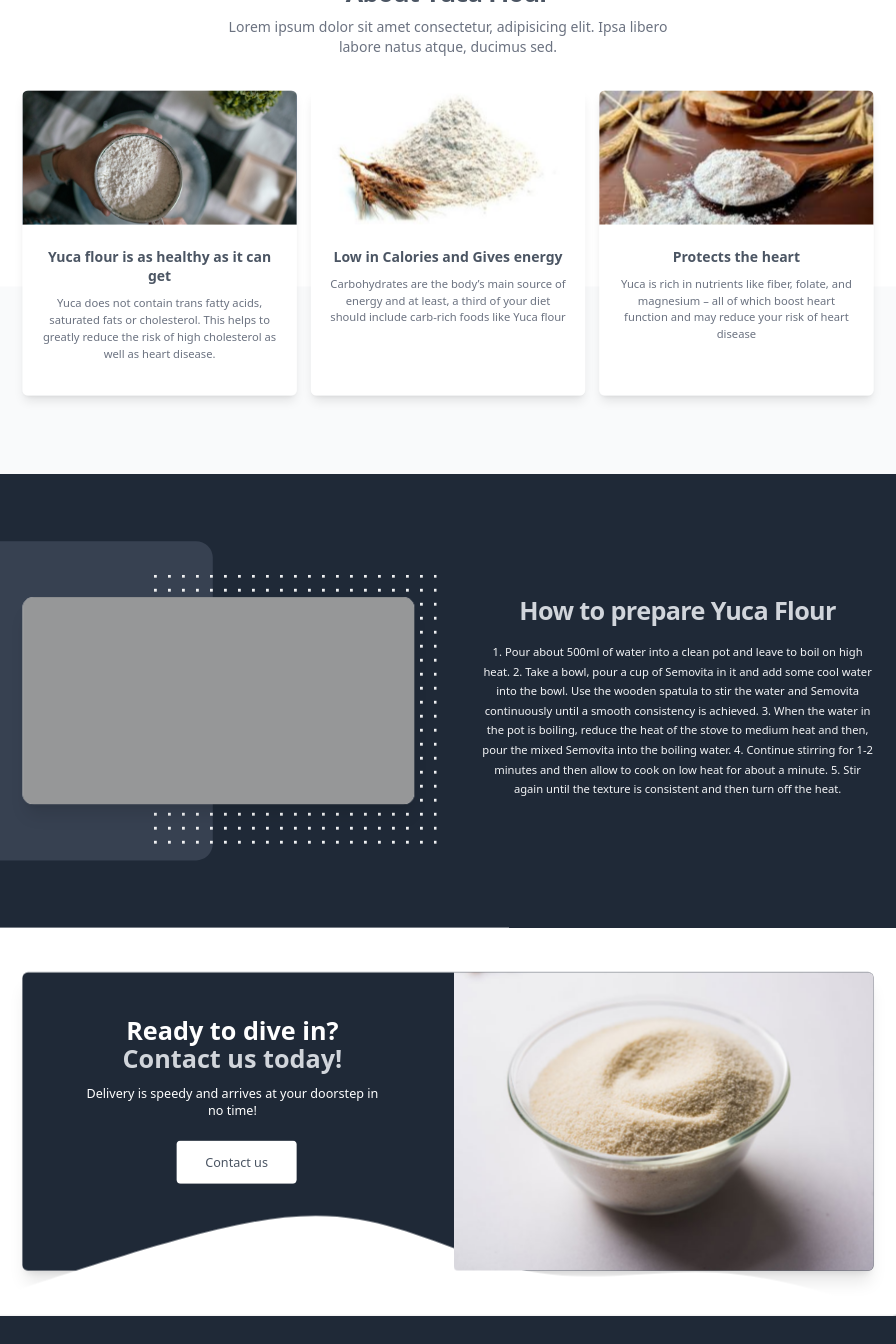
Repository: bellatrick/prime-foods
Page: /
These files come from the project's save history. The page is drawn as it stood at one moment and after the next save; the edit follows.
The browser window is 1280 px wide. The pictures show the part of the page from y = 873 to 2793 px (the page is 2960 px tall), at 70% of full size.
Pictures or frames that could not be fetched are drawn as grey boxes. Some web fonts or font styles are not loaded; a fallback is used. The project was rebuilt for these pictures with package versions that can differ from the ones it lists, and the page was loaded fresh each time.

Above is the page before, as saved 2022-05-01 12:46:07.

After the next save:
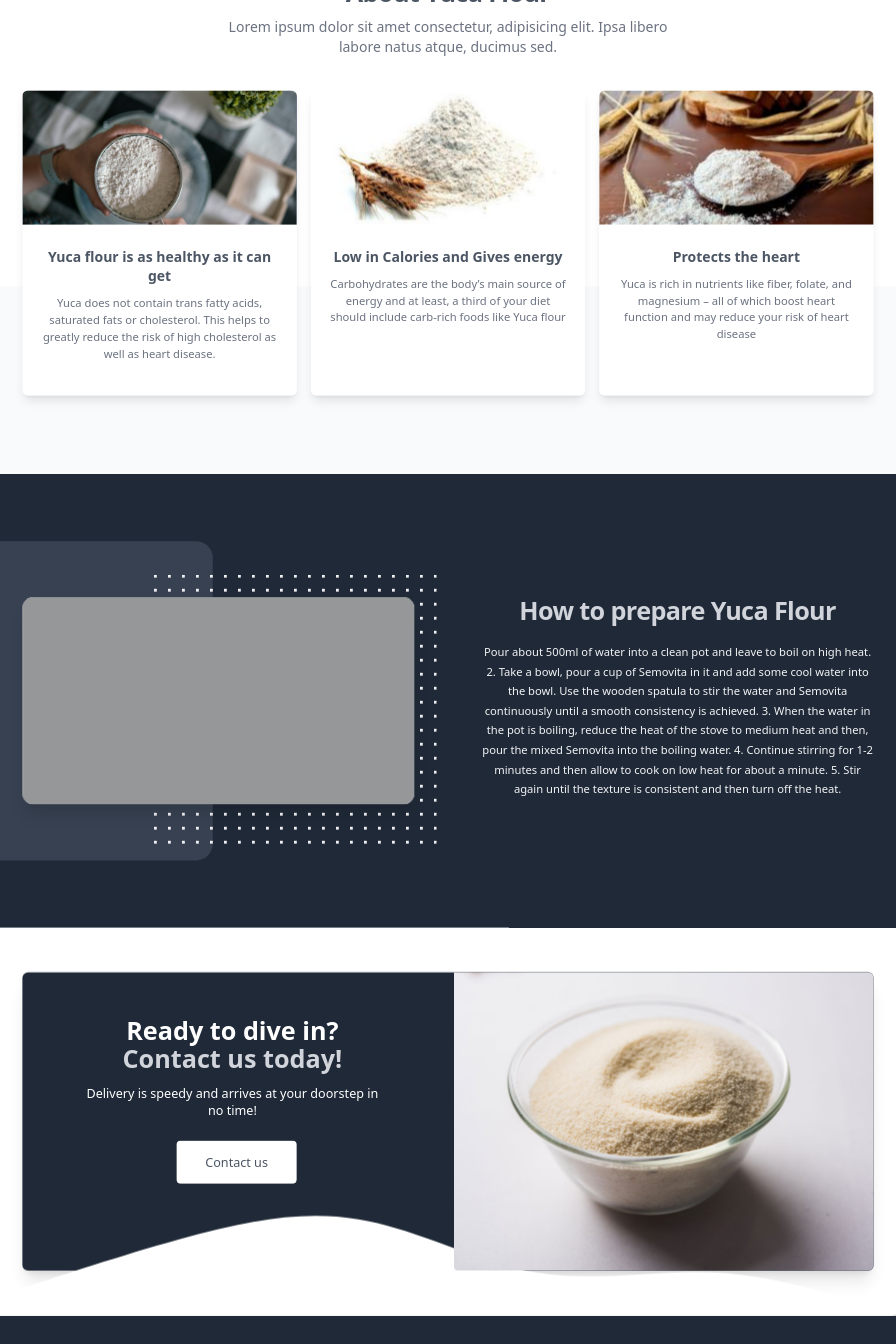
Saved 4 s later.
--- a/src/components/Content.jsx
+++ b/src/components/Content.jsx
@@ -73,7 +73,7 @@ export default function Example() {
                     <ol>
          <li></li>
                     </ol>
-                   1. Pour about 500ml of water into a clean pot and
+                    Pour about 500ml of water into a clean pot and
                   leave to boil on high heat. 2. Take a bowl, pour a cup of
                   Semovita in it and add some cool water into the bowl. Use the
                   wooden spatula to stir the water and Semovita continuously
